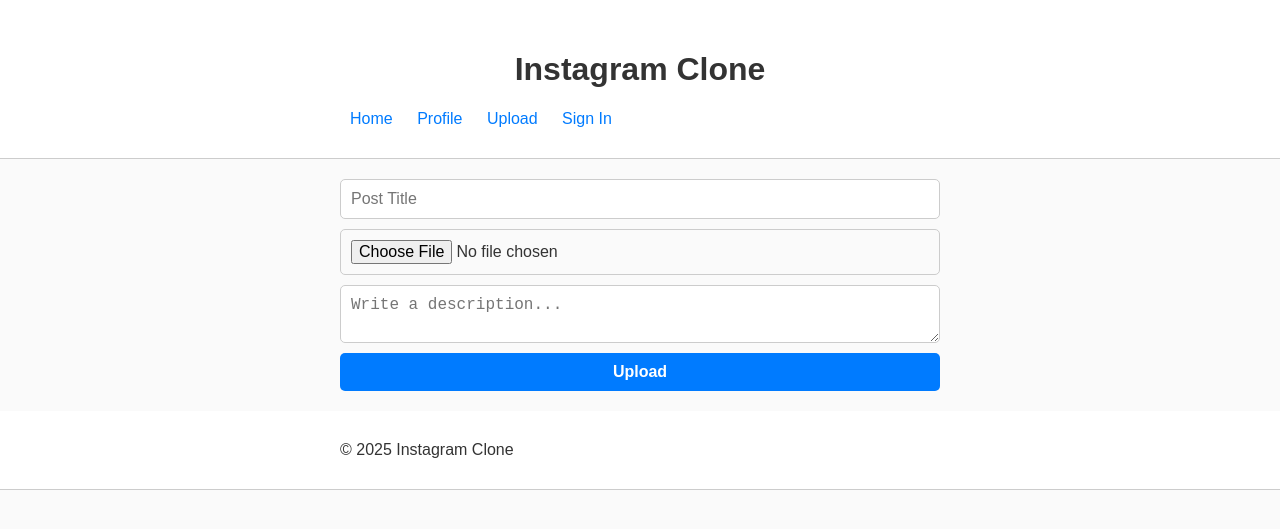
Repository: burhannaseer/CloudClips
Page: upload.html
The author's editor kept a copy of each file at every save. The page is drawn from the files as they stood at one save, then again after the next save.
The browser window is 1280 px wide. The pictures show the whole page.

Above is the page before, as saved 2025-05-06 02:33:49.

### upload.html
<!DOCTYPE html>
<html lang="en">
<head>
  <meta charset="UTF-8">
  <meta name="viewport" content="width=device-width, initial-scale=1.0">
  <title>Instagram Clone - Upload</title>
  <link rel="stylesheet" href="styles.css">
</head>
<body>
  <header>
    <div class="container">
      <h1>Instagram Clone</h1>
      <nav>
        <a href="index.html">Home</a>
        <a href="profile.html">Profile</a>
        <a href="upload.html">Upload</a>
        <a href="signin.html">Sign In</a>
      </nav>
    </div>
  </header>

  <main class="container">
    <form id="uploadForm">
      <input type="text" id="titleInput" placeholder="Post Title" required />
      <input type="file" id="mediaInput" accept="image/*,video/*" required />
      <textarea id="descriptionInput" placeholder="Write a description..." required></textarea>
      <button type="submit">Upload</button>
    </form>
  </main>

  <footer>
    <div class="container">&copy; 2025 Instagram Clone</div>
  </footer>

  <script src="script.js"></script>
</body>
</html>

### styles.css
body {
  font-family: Arial, sans-serif;
  margin: 0;
  padding: 0;
  background-color: #fafafa;
  color: #333;
}

.container {
  max-width: 600px;
  margin: auto;
  padding: 20px;
}

header, footer {
  background-color: #fff;
  border-bottom: 1px solid #ccc;
  padding: 10px 0;
}

nav a {
  margin: 0 10px;
  text-decoration: none;
  color: #007bff;
}

h1, h2 {
  text-align: center;
}

form {
  display: flex;
  flex-direction: column;
  gap: 10px;
}

input[type="text"],
input[type="email"],
input[type="password"],
input[type="file"],
textarea,
button {
  padding: 10px;
  font-size: 1rem;
  border: 1px solid #ccc;
  border-radius: 5px;
  width: 100%;
  box-sizing: border-box;
}

button {
  background-color: #007bff;
  color: white;
  border: none;
  cursor: pointer;
  font-weight: bold;
}

button:hover {
  background-color: #0056b3;
}

.feed .post {
  background: white;
  border: 1px solid #ccc;
  margin-bottom: 20px;
  padding: 10px;
  border-radius: 8px;
}

.post img, .post video {
  width: 100%;
  border-radius: 5px;
  margin-top: 10px;
}

.actions {
  display: flex;
  justify-content: space-around;
  margin-top: 10px;
  font-size: 1.2rem;
  cursor: pointer;
}

.actions span:hover {
  opacity: 0.7;
}

/* Sign In / Sign Up Forms */
form#signinForm, form#signupForm {
  background-color: #fff;
  padding: 20px;
  border: 1px solid #ccc;
  border-radius: 10px;
  max-width: 400px;
  margin: 40px auto;
}

form#signinForm p,
form#signupForm p {
  text-align: center;
}

form#signinForm a,
form#signupForm a {
  color: #007bff;
  text-decoration: none;
}

form#signinForm a:hover,
form#signupForm a:hover {
  text-decoration: underline;
}

### script.js
const form = document.getElementById('uploadForm');
if (form) {
  form.addEventListener('submit', function(e) {
    e.preventDefault();
    const title = document.getElementById('titleInput').value;
    const fileInput = document.getElementById('mediaInput');
    const description = document.getElementById('descriptionInput').value;
    const file = fileInput.files[0];
    const reader = new FileReader();

    reader.onload = function() {
      const post = {
        title,
        media: reader.result,
        type: file.type,
        description,
        likes: 0
      };
      const posts = JSON.parse(localStorage.getItem('posts')) || [];
      posts.unshift(post);
      localStorage.setItem('posts', JSON.stringify(posts));
      alert('Post uploaded!');
      window.location.href = 'index.html';
    };

    if (file) {
      reader.readAsDataURL(file);
    }
  });
}

function renderPosts(containerId) {
  const container = document.getElementById(containerId);
  if (!container) return;
  const posts = JSON.parse(localStorage.getItem('posts')) || [];
  posts.forEach((post, index) => {
    const div = document.createElement('div');
    div.className = 'post';

    const mediaTag = post.type.startsWith('video') ?
      `<video controls width="100%"><source src="${post.media}" type="${post.type}"></video>` :
      `<img src="${post.media}" alt="">`;

    div.innerHTML = `
      <h3>${post.title || 'Untitled'}</h3>
      ${mediaTag}
      <p>${post.description}</p>
      <div class="actions">
        <span onclick="likePost(${index})">❤️ ${post.likes}</span>
        <span title="Share">🔗</span>
        <span title="Save">💾</span>
      </div>
    `;
    container.appendChild(div);
  });
}

function likePost(index) {
  const posts = JSON.parse(localStorage.getItem('posts')) || [];
  posts[index].likes++;
  localStorage.setItem('posts', JSON.stringify(posts));
  location.reload();
}

renderPosts('feed');
renderPosts('myPosts');

After the next save:
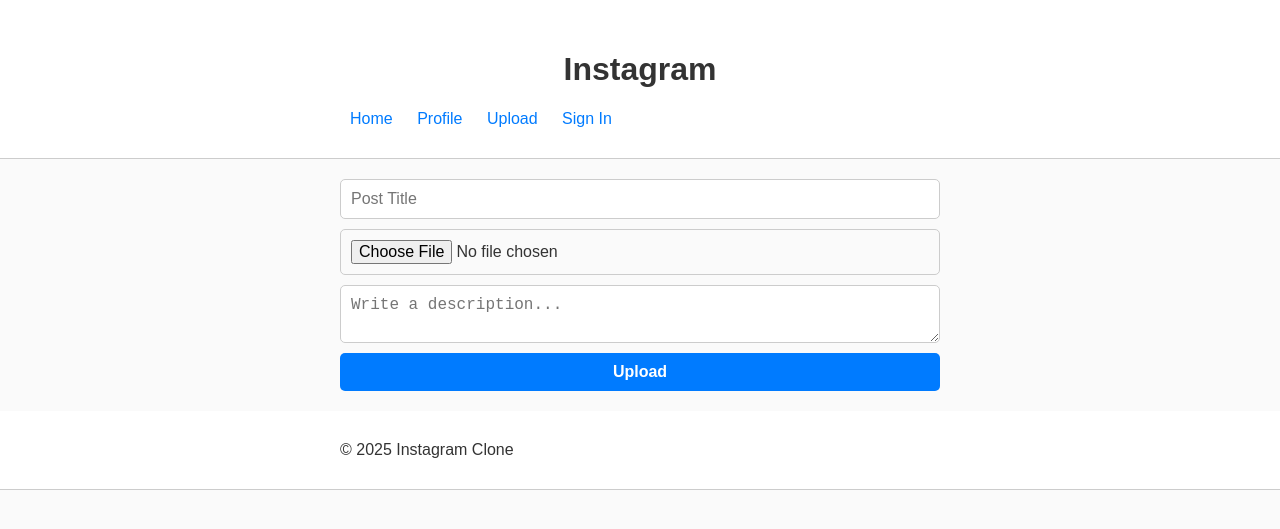
Saved 17 s later.
--- a/upload.html
+++ b/upload.html
@@ -3,13 +3,13 @@
 <head>
   <meta charset="UTF-8">
   <meta name="viewport" content="width=device-width, initial-scale=1.0">
-  <title>Instagram Clone - Upload</title>
+  <title>Instagram Upload</title>
   <link rel="stylesheet" href="styles.css">
 </head>
 <body>
   <header>
     <div class="container">
-      <h1>Instagram Clone</h1>
+      <h1>Instagram </h1>
       <nav>
         <a href="index.html">Home</a>
         <a href="profile.html">Profile</a>
